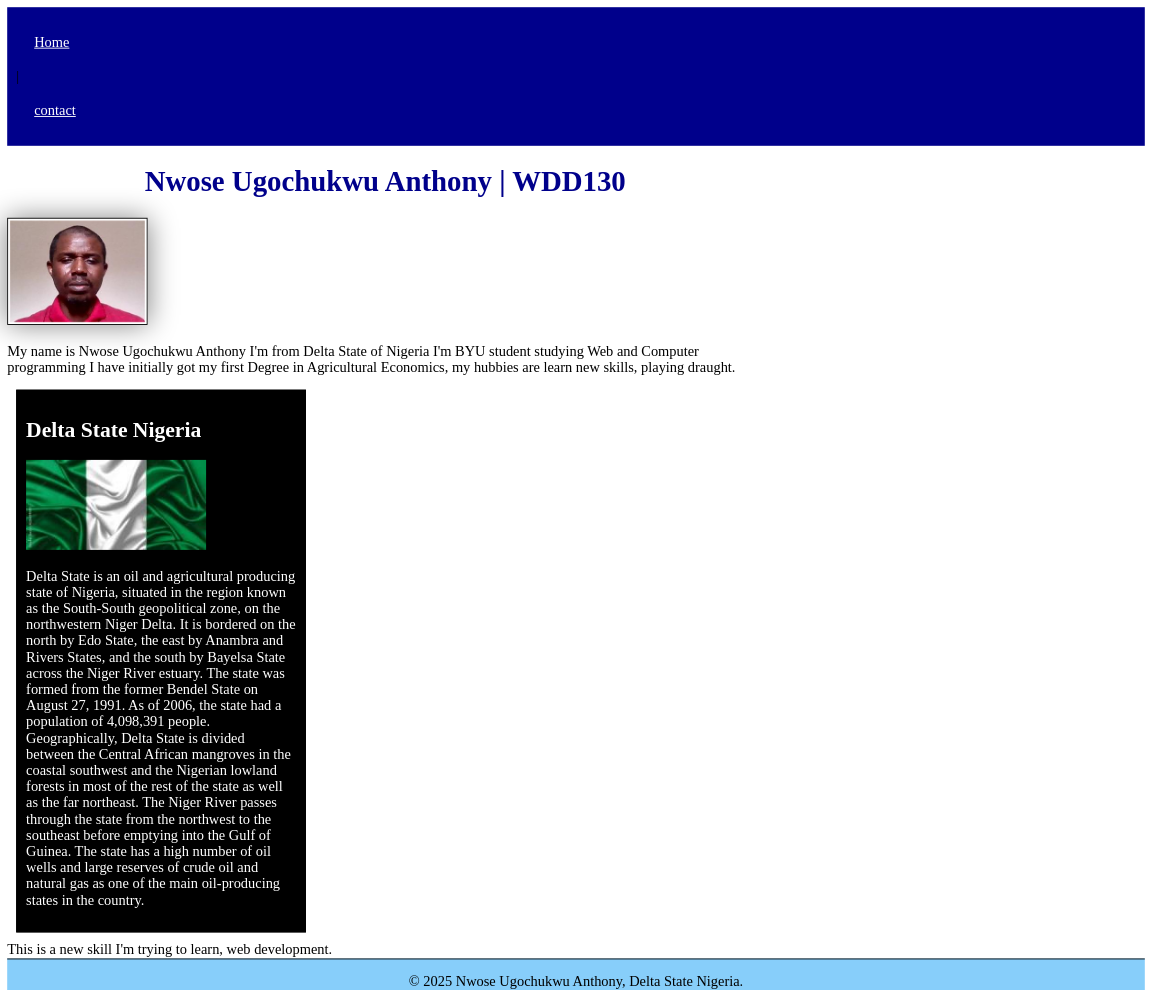
Repository: NoblesNigeria/wdd130
Page: index.html
These files come from the project's save history. The page is drawn as it stood at one moment and after the next save; the edit follows.
The browser window is 1280 px wide. The pictures show the whole page, at 90% of full size.

Above is the page before, as saved 2025-09-13 16:57:21.

### index.html
<!DOCTYPE html>
<html lang="en">

<head>
    <meta charset="UTF-8">
    <meta name="viewport" content="width=device-width, initial-scale=1.0">
    <title>Nwose Ugochukwu Anthony| WDD130</title>
    <meta name="description" content="This is my personal webpage">
    <meta name="author" content="Nwose Ugochukwu Anthony">
    <link rel="stylesheet" href="styles/styles.css">
</head>

<body>
    <header>
        <nav>
            <a href="#">Home</a> |
            <a href="#">contact</a>
        </nav>
    </header>
    <main>
        <h1>Nwose Ugochukwu Anthony | WDD130</h1>
        <img src="images/profile.jpg" alt="Nwose Anthony" width="200">
        <p>My name is Nwose Ugochukwu Anthony I'm from Delta State of Nigeria I'm BYU student studying Web and Computer
            programming I have initially got my first Degree in Agricultural Economics, my hubbies are learn new skills,
            playing draught.
        </p>
        <ul>

        </ul>
    </main>
    <aside>
        <h2>Delta State Nigeria</h2>
        <img src="images/nigeria-flag.jpg" alt="Delta State Nigeria" width="200">
        <p>Delta State is an oil and agricultural producing state of Nigeria, situated in the region known as the
            South-South geopolitical zone, on the northwestern Niger Delta. It is bordered on the north by Edo State,
            the east by Anambra and Rivers States, and the south by Bayelsa State across the Niger River estuary. The
            state was formed from the former Bendel State on August 27, 1991. As of 2006, the state had a population of
            4,098,391 people. Geographically, Delta State is divided between the Central African mangroves in the
            coastal southwest and the Nigerian lowland forests in most of the rest of the state as well as the far
            northeast. The Niger River passes through the state from the northwest to the southeast before emptying
            into the Gulf of Guinea. The state has a high number of oil wells and large reserves of crude oil and
            natural gas as one of the main oil-producing states in the country.
        </p>
    </aside>
    This is a new skill I'm trying to learn, web development.
    <footer>
        <p>&copy; 2025 Nwose Ugochukwu Anthony, Delta State Nigeria.</p>
    </footer>

</body>

</html>

### styles/styles.css
nav {
    background-color: darkblue;
    padding: 10px;
}
nav a {
    color: white;
    display: block;
    padding: 20px;
}
h1 {
    color: darkblue;
    text-align: center;
}
main {
    max-width: 840px;
}
main img {
    width: 150px;
    height: auto;
    border: 1px solid black;
    padding: 2px;
    box-shadow: 0 0 30px gray;
}
aside{
    width: 300px;
    margin: 10px;
    border: 1px solid black;
    padding: 10px;
    background-color: black;
    color:white
}
aside img {
    width: 200px;
    height: auto;
}
p {
    padding: 0;
}
footer {
    text-align: center;
    margin-top: 1px;
    border-top: 1px solid black;
    background-color: lightskyblue;
}
/* learning how to comment */

After the next save:
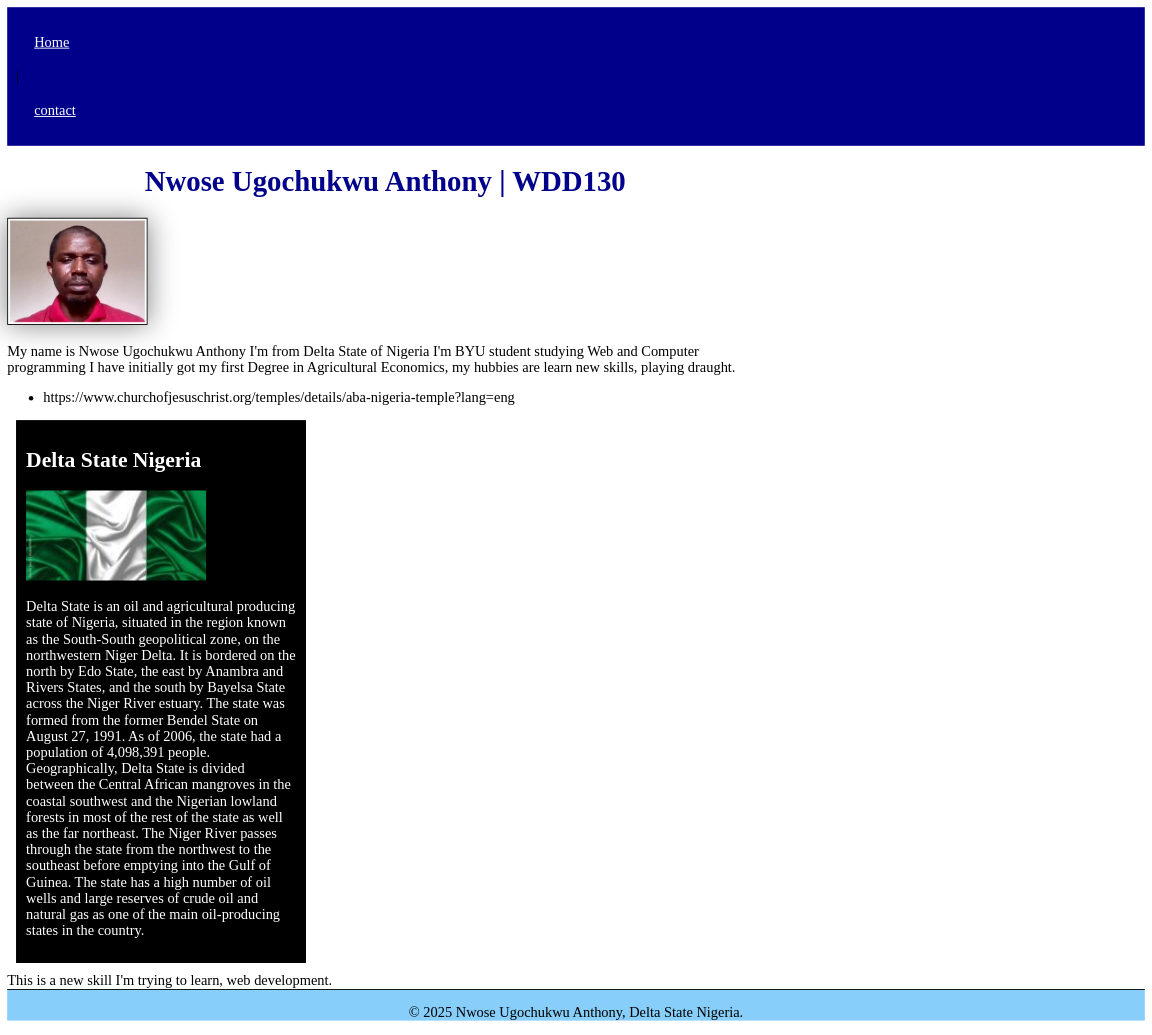
Saved 2 min 3 s later.
--- a/index.html
+++ b/index.html
@@ -25,6 +25,8 @@
             playing draught.
         </p>
         <ul>
+            <li>https://www.churchofjesuschrist.org/temples/details/aba-nigeria-temple?lang=eng</li>
+
 
         </ul>
     </main>
